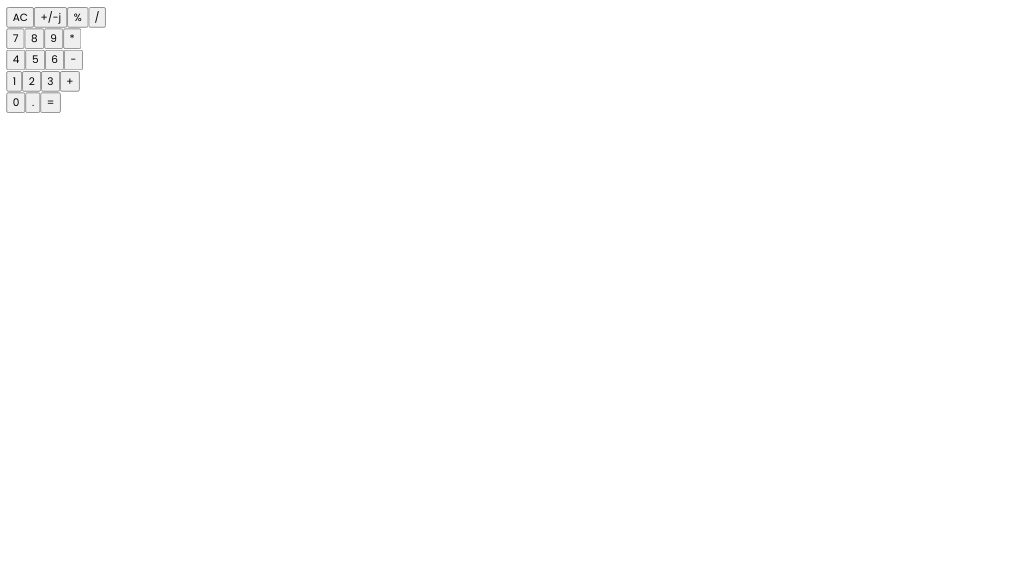
Repository: minhtien9/Calculator
Page: /
These files come from the project's save history. The page is drawn as it stood at one moment and after the next save; the edit follows.
The browser window is 1280 px wide. The pictures show the whole page, at 79% of full size.
The project was rebuilt for these pictures with package versions that can differ from the ones it lists, and the page was loaded fresh each time. Also part of the build but not shown: src/App.css.

Above is the page before, as saved 2022-07-21 18:13:51.

After the next save:
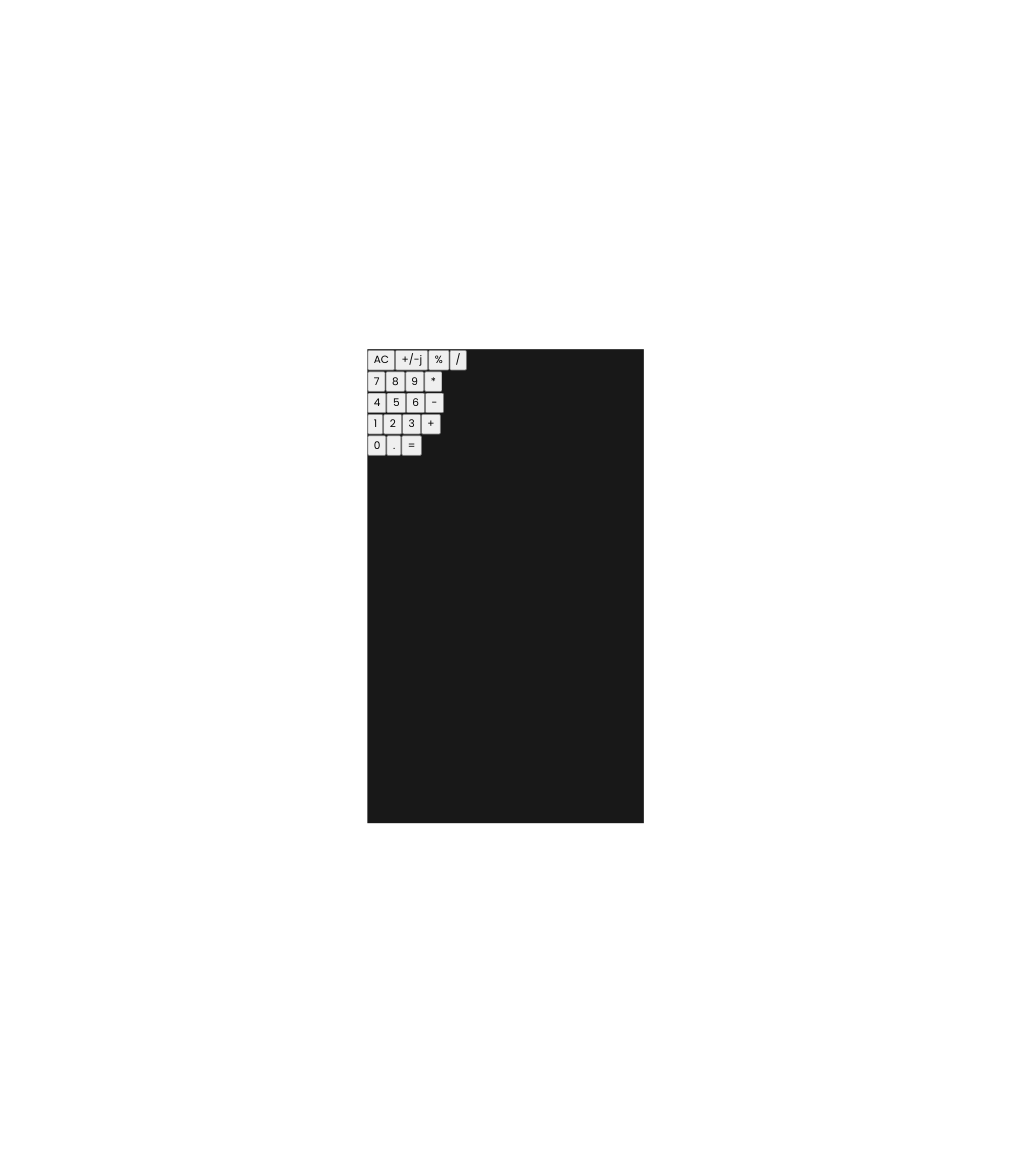
Saved 103 s later.
--- a/src/Components/Caculator.scss
+++ b/src/Components/Caculator.scss
@@ -3,3 +3,10 @@
 * {
     font-family: "Poppins";
 }
+
+.caculator {
+    width: 350px;
+    height: 600px;
+    margin: 35% auto;
+    background-color: rgb(24, 24, 24);
+}
